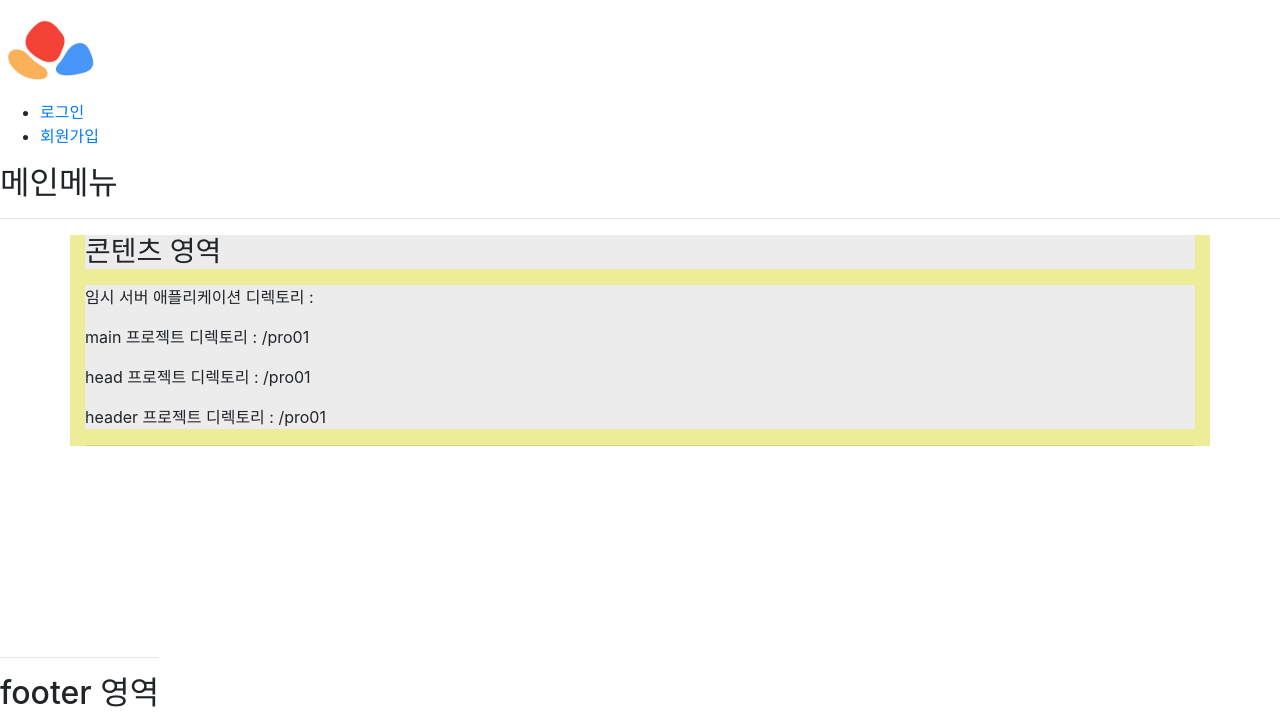
Repository: rnjsmj/pro01
Page: http://localhost/pro01/WEB-INF/index.jsp
These files come from the project's save history. The page is drawn as it stood at one moment and after the next save; the edit follows.
The browser window is 1280 px wide. The pictures show the whole page.
The page is served by Tomcat 9. Nobody is signed in. Other server files are loaded and not shown. The template is opened directly, without the code that normally fills it, so the values that code supplies are empty.

Above is the page before, as saved 2024-04-04 00:56:13.

### pro01/WebContent/WEB-INF/index.jsp
<%@ page language="java" contentType="text/html; charset=UTF-8"
    pageEncoding="UTF-8"%>
<%@ taglib prefix="c" uri="http://java.sun.com/jsp/jstl/core" %>
<%@ taglib prefix="fmt" uri="http://java.sun.com/jsp/jstl/fmt" %>
<c:set var="path0" value="<%=request.getContextPath() %>"/>
<!DOCTYPE html>
<html>
<head>
<meta charset="UTF-8">
<title>${title }</title>
<%@ include file="/head.jsp" %>
<style>
	.page { background-color: #ececec; }
	.container { background-color: #ecec99; }
</style>
</head>
<body>
<div id="header">
	<%@ include file="/header.jsp" %>
</div>

<div id="contents" class="container">
	<section class="page" id="page1">
		<div>
			<h3>콘텐츠 영역</h3>
		</div>
	</section>
	<section class="page" id="page2">
		<div>
			<p>${author }</p>
			<p>임시 서버 애플리케이션 디렉토리 : ${realPath }</p>
			<!-- realPath : WebContent 내부 파일을 임시 파일로 가져와서 실행하는 경로 -->
			<p>main 프로젝트 디렉토리 : ${path0 }</p>
			<p>head 프로젝트 디렉토리 : ${ipath }</p>
			<p>header 프로젝트 디렉토리 : ${hpath }</p>
			<!-- contextPath : ip주소와 포트번호를 내장한 프로젝트 디렉토리 -->
		</div>
	</section>

	<hr>
</div>

<div id="footer" style="position:absolute; bottom:0;">
	<%@ include file="/footer.jsp" %>
</div>
</body>
</html>

### pro01/WebContent/head.jsp
<%@ page language="java" contentType="text/html; charset=UTF-8"
    pageEncoding="UTF-8"%>
<%@ taglib prefix="c" uri="http://java.sun.com/jsp/jstl/core" %>
<%@ taglib prefix="fmt" uri="http://java.sun.com/jsp/jstl/fmt" %>
<c:set var="ipath" value="<%= request.getContextPath() %>" />
<script src="${ipath }/js/jquery-3.2.1.min.js"></script>
<link rel="stylesheet" href="${ipath }/css/bootstrap.min.css" />
<script src="${ipath }/js/bootstrap.min.js"></script>
<meta name="viewport" content="width=device-width, initial-scale=1.0">
<meta name="subject" content="갈현동 소개 (Galhyeon-dong Intro)" />
<meta name="description" content="갈현동, 로데오거리, 맛집, 교통" />
<meta name="keywords" content="갈현동, 갈현1동, 갈현2동, 거리, 맛집, 교통편, 연신내역, 연신내, 구산역, 구산동, 구파발, 로데오거리, 연신내로데오거리, 메트로타워, 주점" />
<link rel="icon" href="${ipath }/images/favicon.png" />
<link rel="shortcut icon" href="${ipath}/images/favicon3.png" />
<meta property="og:type" content="website" />
<meta property="og:title" content="갈현동" />
<meta property="og:description" content="갈현동, 로데오거리, 맛집, 교통" />
<meta property="og:image" content="${ipath }/images/site.png" />
<meta property="og:url" content="http://localhost:8091" />

### pro01/WebContent/header.jsp
<%@ page language="java" contentType="text/html; charset=UTF-8"
    pageEncoding="UTF-8"%>
<%@ taglib prefix="c" uri="http://java.sun.com/jsp/jstl/core" %>
<%@ taglib prefix="fmt" uri="http://java.sun.com/jsp/jstl/fmt" %>
<c:set var="hpath" value="<%= request.getContextPath() %>" />
<header>
	<div class="logo_wrap" >
		<a href="/pro01"><img alt="갈현동" src="${hpath }/images/favicon3.png" width=100px> </a>
	</div>
	<nav id="tnb">
		<ul>
			<c:if test="${empty sid }">
			<li><a href="${hpath }/member/">로그인</a></li>
			<li><a href="${hpath }/member/">회원가입</a></li>
			</c:if>
			<c:if test="${not empty sid }">
			<li><a href="${hpath }/member/">로그아웃</a></li>
			<li><a href="${hpath }/member/">마이페이지</a></li>
			</c:if>
			<c:if test="${sid.equals('admin') }">
			<li><a href="${hpath }/admin">관리자 페이지</a></li>
			</c:if>
		</ul>
	</nav>
	<nav id="gnb">
		<h2>메인메뉴</h2>
	</nav>
</header>
<hr>

### pro01/WebContent/footer.jsp
<%@ page language="java" contentType="text/html; charset=UTF-8"
    pageEncoding="UTF-8"%>
<hr>
<footer>
	<h2>footer 영역</h2>
</footer>

Loaded but not shown: pro01/WebContent/js/jquery-3.2.1.min.js (library); pro01/WebContent/css/bootstrap.min.css (library); pro01/WebContent/js/bootstrap.min.js (library)

After the next save:
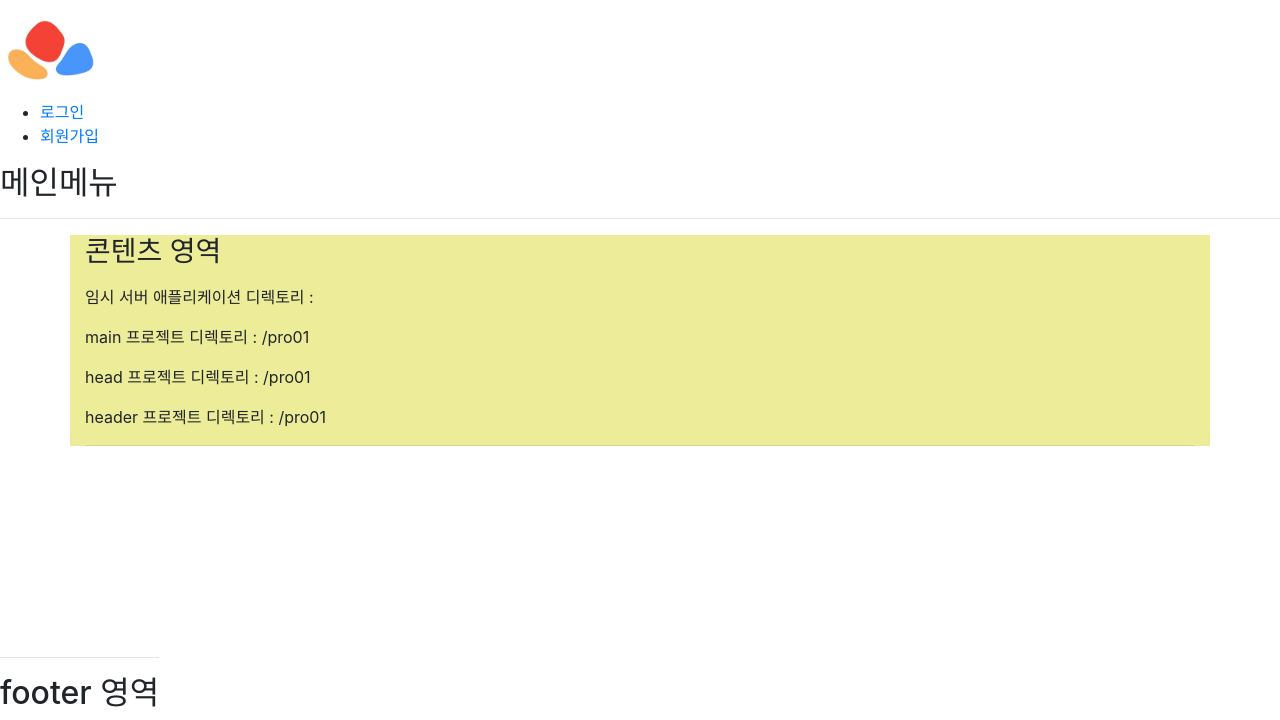
Saved 16 s later.
--- a/pro01/WebContent/WEB-INF/index.jsp
+++ b/pro01/WebContent/WEB-INF/index.jsp
@@ -10,7 +10,7 @@
 <title>${title }</title>
 <%@ include file="/head.jsp" %>
 <style>
-	.page { background-color: #ececec; }
+	.page {}
 	.container { background-color: #ecec99; }
 </style>
 </head>
